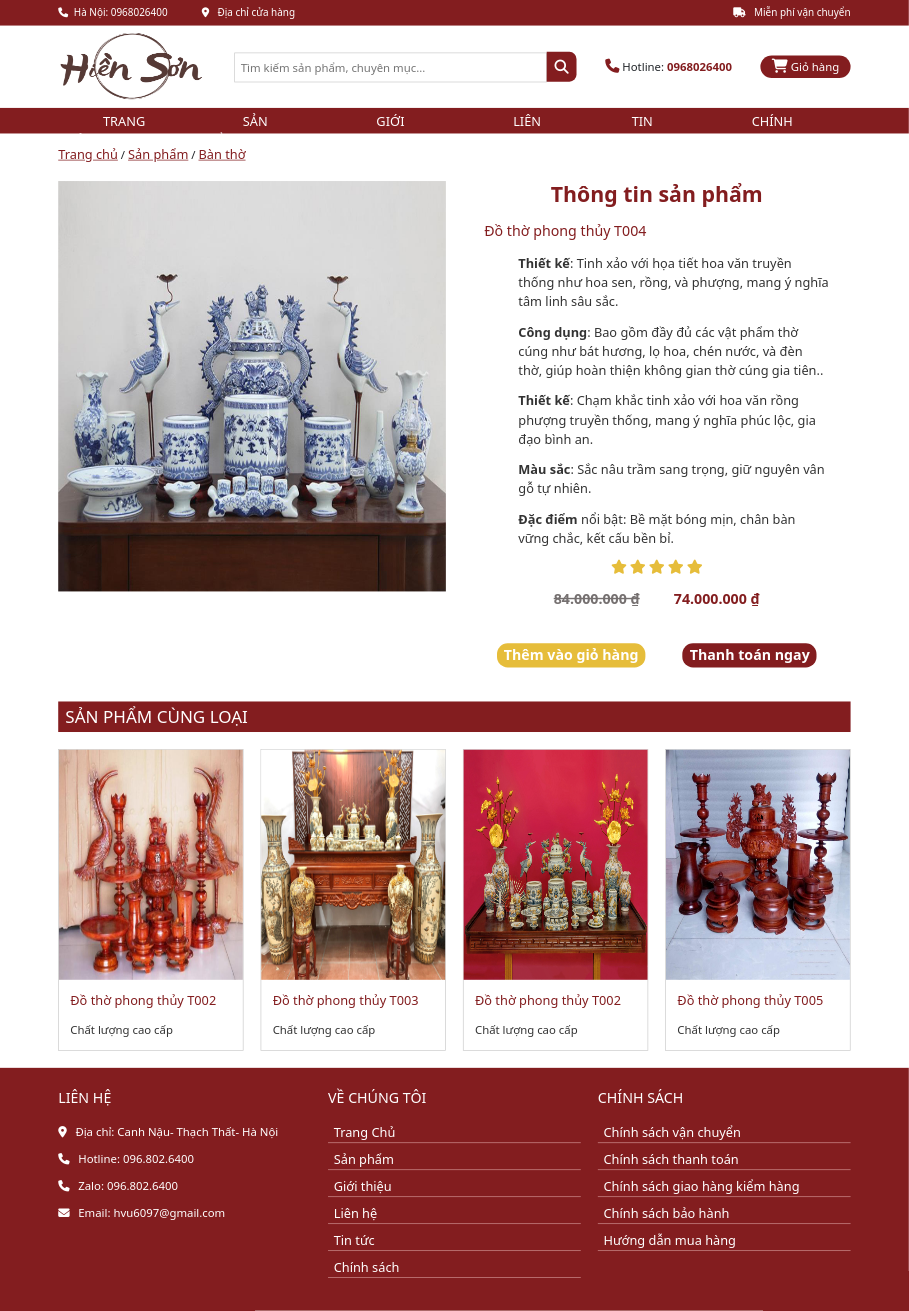
Repository: hoang28092000/do_go_hien_son
Page: product_details/do_tho-t004.html
An editor plug-in stored every save of this project. The page is shown before and after the next save, followed by the edit.
The browser window is 1280 px wide. The pictures show the whole page, at 71% of full size.
Some web libraries are served in a nearby version.

Above is the page before, as saved 2024-08-10 22:35:01.

### product_details/do_tho-t004.html
<!DOCTYPE html>
<html lang="en">
<head>
    <meta charset="UTF-8">
    <meta name="viewport" content="width=device-width, initial-scale=1.0">
    <link rel="stylesheet" href="../asset/style.css">
    <link rel="stylesheet" href="https://cdnjs.cloudflare.com/ajax/libs/font-awesome/6.6.0/css/all.min.css" integrity="sha512-Kc323vGBEqzTmouAECnVceyQqyqdsSiqLQISBL29aUW4U/M7pSPA/gEUZQqv1cwx4OnYxTxve5UMg5GT6L4JJg==" crossorigin="anonymous" referrerpolicy="no-referrer" />
    <link href="https://cdn.jsdelivr.net/npm/bootstrap@5.3.3/dist/css/bootstrap.min.css" rel="stylesheet" integrity="sha384-QWTKZyjpPEjISv5WaRU9OFeRpok6YctnYmDr5pNlyT2bRjXh0JMhjY6hW+ALEwIH" crossorigin="anonymous">
    <title>Đồ thờ phong thủy T004</title>
</head>
<body>
    <div id="header">
        <div class="top_header">
            <div class="container">
                <div class=" d-flex align-items-center justify-content-between pt-1">
                    <div class="d-flex">
                        <p class="mb-0 me-5"><a href="" class="txt-th">
                            <i class="fa-solid fa-phone icon-th pe-2"></i>Hà Nội: 0968026400
                        </a></p>
                        <p class="mb-0"><a href="" class="txt-th">
                            <i class="fa-solid fa-location-dot icon-th pe-2"></i>
                        Địa chỉ cửa hàng</a></p>
                    </div>
                    <p class="mb-0"><a href="" class="txt-th">
                        <i class="fa-solid fa-truck icon-th pe-2"></i>
                    Miễn phí vận chuyển</a></p>
                </div>
            </div>
        </div>
    </div>

        <div class="main_header py-2">
            <div class="container">
                <ul class="d-flex justify-content-between align-items-center ps-0 mb-0">
                    <li class="logo-hs">
                        <a href="../index.html"><img src="../asset/image/logo_1.png" class="logo-hd" alt=""></a>
                    </li>
                    <li class="search-hd">
                        <input type="text" class="input-search-hd" placeholder="Tìm kiếm sản phẩm, chuyên mục..."><i class="fa-solid fa-magnifying-glass icon-search_hd"></i>
                    </li>

                    <li class="contact-hd">
                        <i class="fa-solid fa-phone icon-hd "></i>
                        <span class="txt-hd">Hotline: <b style="color: #831d1f;">0968026400</b></span>
                    </li>

                    <li class="cart-hd">
                        <p class="mb-0 cart-list py-1 px-3">
                            <i class="fa-solid fa-cart-shopping icon-cart"></i><span class="txt-cart"> Giỏ hàng</span>
                        </p>
                    </li>
                </ul>
            </div>
        </div>

        <div class="bottom_header">
            <div class="container">
                <ul class="links d-flex justify-content-center align-items-center mb-0 ps-0">
                    <li class="link "><a href="../index.html" class="txt-link">TRANG CHỦ</a></li>
                    <li class="link"><a href="../website/product.html" class="txt-link">SẢN PHẨM</a></li>
                    <li class="link"><a href="../website/about-us.html" class="txt-link">GIỚI THIỆU</a></li>
                    <li class="link"><a href="../website/contact.html" class="txt-link">LIÊN HỆ</a></li>
                    <li class="link"><a href="../website/news.html" class="txt-link">TIN TỨC</a></li>
                    <li class="link"><a href="../website/policy.html" class="txt-link">CHÍNH SÁCH</a></li>
                 </ul>
            </div>
        </div>
    </div>
    <div class="main-product_details">
        <div class="container">
            <div class="links-product_details pt-3 pb-4">
                <a href="../index.html" class="link-pd">Trang chủ</a>
                <span class="slash"> /</span>
                <a href="../website/product.html" class="link-pd">Sản phẩm</a>
                <span class="slash"> /</span>
                <a href="../website/product.html" class="link-pd">Bàn thờ</a>
            </div>

            <div class="card-p_details">
                <div class="row">
                    <div class="col-lg-6">
                        <img src="../asset/image/do_tho2.jpg" alt="" class="img-p_details w-100">
                    </div>
                    <div class="col-lg-6">
                        <div class="info-p_details">
                            <h3 class="name-p_details">
                                Thông tin sản phẩm
                            </h3>

                            <div class="desc-info-pd">
                                <p class="heading-pd">
                                    Đồ thờ phong thủy T004
                                </p>
                                <p class="txt-pd ps-5">
                                    <b>Thiết kế</b>: Tinh xảo với họa tiết hoa văn truyền thống như hoa sen, rồng, và phượng, mang ý nghĩa tâm linh sâu sắc.
                                </p>
                                <p class="txt-pd ps-5">
                                    <b>Công dụng</b>: Bao gồm đầy đủ các vật phẩm thờ cúng như bát hương, lọ hoa, chén nước, và đèn thờ, giúp hoàn thiện không gian thờ cúng gia tiên..
                                </p>
                                <p class="txt-pd ps-5">
                                    <b>Thiết kế</b>: Chạm khắc tinh xảo với hoa văn rồng phượng truyền thống, mang ý nghĩa phúc lộc, gia đạo bình an.
                                </p>
                                <p class="txt-pd ps-5">
                                    <b>Màu sắc</b>: Sắc nâu trầm sang trọng, giữ nguyên vân gỗ tự nhiên.
                                </p>
                                <p class="txt-pd ps-5">
                                    <b>Đặc điểm</b> nổi bật: Bề mặt bóng mịn, chân bàn vững chắc, kết cấu bền bỉ.
                                </p>
                                <div class="evaluate ">
                                    <i class="fa-solid fa-star icon-star"></i>
                                    <i class="fa-solid fa-star icon-star"></i>
                                    <i class="fa-solid fa-star icon-star"></i>
                                    <i class="fa-solid fa-star icon-star"></i>
                                    <i class="fa-solid fa-star icon-star"></i>

                                </div>
                                <div class="prices-pd d-flex justify-content-center my-3">
                                    <p class="price-pd mb-0">84.000.000 ₫</p>
                                    <p class="price_sold_out mb-0 ps-5">74.000.000 ₫</p>
                                </div>
                                <div class="pay text-center mt-5" >
                                    <button class="add_cart me-5">Thêm vào giỏ hàng</button>
                                    <button class="buy">Thanh toán ngay</button>
                                </div>
                        </div>
                    </div>
                </div>
            </div>
            <h3 class="title-pd mt-5">
                SẢN PHẨM CÙNG LOẠI
            </h3>
            <div class="pd-relate my-4">
                <div class="row">
                    <div class="col-lg-3">
                        <a href="./do_tho-t001.html" class="a-link_pd">
                            <div class="card-pd">
                                <img src="../asset/image/do_tho01.jpg" alt="this is picture" class="w-100 img-relate">
                                <p class="name-product_r mt-3 px-3">Đồ thờ phong thủy T002</p>
                                <p class="info-pd_r px-3">Chất lượng cao cấp</p>
                            </div>
                        </a>
                    </div>
                    <div class="col-lg-3">
                        <a href="./do_tho-t003.html" class="a-link_pd">
                            <div class="card-pd">
                                <img src="../asset/image/do_tho3.jpg" alt="this is picture" class="w-100 img-relate">
                                <p class="name-product_r mt-3 px-3">Đồ thờ phong thủy T003</p>
                                <p class="info-pd_r px-3">Chất lượng cao cấp</p>
                            </div>
                        </a>
                    </div>
                    <div class="col-lg-3">
                        <a href="./do_tho-t002.html" class="a-link_pd">
                            <div class="card-pd">
                                <img src="../asset/image/do_tho4.jpg" alt="this is picture" class="w-100 img-relate">
                                <p class="name-product_r mt-3 px-3">Đồ thờ phong thủy T002</p>
                                <p class="info-pd_r px-3">Chất lượng cao cấp</p>
                            </div>
                        </a>
                    </div>
                    <div class="col-lg-3">
                        <a href="./do_tho-t005.html" class="a-link_pd">
                            <div class="card-pd">
                                <img src="../asset/image/do_tho5.jpg" alt="this is picture" class="w-100 img-relate">
                                <p class="name-product_r mt-3 px-3">Đồ thờ phong thủy T005</p>
                                <p class="info-pd_r px-3">Chất lượng cao cấp</p>
                            </div>
                        </a>
                    </div>
                </div>
            </div>
        </div>
    </div>


    <div id="footer" class="mt-3">
        <div class="container">
            <div class="row">
                <div class="col-lg-4">
                    <h4 class="title-ft">LIÊN HỆ</h4>
                    <ul class="list-info">
                        <li>
                            <i class="fa-solid fa-location-dot icon-ft pe-2"></i>
                            <span class="txt-ft">Địa chỉ: Canh Nậu- Thạch Thất- Hà Nội</span>
                        </li>
                        <li>
                            <i class="fa-solid fa-phone icon-ft pe-2"></i>
                            <span class="txt-ft">Hotline: 096.802.6400</span>
                        </li>
                        <li>
                            <i class="fa-solid fa-phone icon-ft pe-2"></i>
                            <span class="txt-ft">Zalo: 096.802.6400    </span>
                        </li>
                        <li>
                            <i class="fa-solid fa-envelope icon-ft pe-2"></i>
                           <span class="txt-ft">Email: hvu6097@gmail.com</span>
                        </li>
                    </ul>
                </div>
                <div class="col-lg-4">
                    <h4 class="title-ft">
                        VỀ CHÚNG TÔI
                    </h4>
                    <ul class="list-links ps-0">
                        <li class="item-link"><a href="../index.html" class="link-ft">Trang Chủ </a></li>
                        <li class="item-link"><a href="../website/product.html" class="link-ft">Sản phẩm</a></li>
                        <li class="item-link"><a href="../website/about-us.html" class="link-ft">Giới thiệu</a></li>
                        <li class="item-link"><a href="../website/contact.html" class="link-ft">Liên hệ</a></li>
                        <li class="item-link"><a href="../website/news.html" class="link-ft">Tin tức</a></li>
                        <li class="item-link"><a href="../website/policy.html" class="link-ft">Chính sách</a></li>
                    </ul>
                </div>
                <div class="col-lg-4">
                    <h4 class="title-ft">
                       CHÍNH SÁCH
                    </h4>
                    <ul class="list-links ps-0">
                        <li class="item-link"><a href="../website/policy.html" class="link-ft">Chính sách vận chuyển </a></li>
                        <li class="item-link"><a href="../website/policy.html" class="link-ft">Chính sách thanh toán</a></li>
                        <li class="item-link"><a href="../website/policy.html" class="link-ft">Chính sách giao hàng kiểm hàng</a></li>
                        <li class="item-link"><a href="../website/policy.html" class="link-ft">Chính sách bảo hành</a></li>
                        <li class="item-link"><a href="../website/policy.html" class="link-ft">Hướng dẫn mua hàng</a></li>
                    </ul>
                </div>

            </div>
        </div>
    </div>
</body>
</html>

### asset/style.css
*{
    padding: 0px;
    margin: 0px ;
    box-sizing: border-box;
    list-style: none;
}

.top_header{
    height: 36px;
    background-color: #831d1f;
}

.top_header .txt-th{
    color: #fff;
    font-size: 14px;
    text-decoration: none;
    font-weight: 500;
}

.top_header .icon-th{
    color: #fff;
}
.top_header .txt-th:hover,
.top_header .icon-th:hover{
    opacity: 0.7;
}

.main_header .logo-hd{
    height: 100px;
    width: 208px;
}
.main_header .input-search-hd{
    font-size: 16px;
    color: #333;
    padding-left: 8px;
    width: 440px;
    height: 42px;
    border: 1px solid #ccc;
    outline: none;
}
.main_header .icon-search_hd{
    font-size: 20px;
    background-color: #831d1f;
    padding: 11px;
    color: #fff;
    border-radius: 0 10px 10px 0;
}
.main_header .icon-search_hd:hover{
    opacity: 0.7;
    cursor: pointer;
}
.main_header .contact-hd .icon-hd{
    font-size: 20px;
    color: #831d1f;
}
.cart-hd .cart-list{
    background-color: #831d1f;
    border-radius: 16px;
}
.cart-hd .txt-cart{
    font-size: 16px;
    font-weight: 500;
    color: #fff;
}
.cart-hd .icon-cart{
    font-size: 20px;
    color: #fff;
}
.cart-hd .cart-list:hover{
    opacity: 0.7;
    cursor: pointer;
}

.bottom_header{
    height: 36px;
    background-color: #831d1f;
}
.bottom_header .links{
    list-style: none;
    padding-top: 6px;
}

.links .txt-link{
    text-decoration: none;
    font-size: 18px;
    font-weight: 500;
    color: #fff;
    padding: 7px 63px 5px;
}
/* .links .txt-link:first-child{
    padding-left:0 ;

}
.links .txt-link:last-child{
    padding-right:0 ;
} */
.links .txt-link:hover{
    cursor: pointer;
    background-color: #bd7071;
}


/* Main*/
#main{
    padding: 20px 0;
}

.left-main .product_portfolio .txt_portfolio{
    font-size: 18px;
    font-weight: 600;
    padding: 4px 10px 4px 0;
    text-align: center;
    background-color: #831d1f;
    color: #fff;
}

.left-main .list_portfolio .items-product{
    border-bottom: 1px solid #ccc;
    padding: 10px 0 4px;
}

.left-main .list_portfolio .items-product:hover{
    background-color: #bd7071;
    color: #fff;
    cursor: pointer;
}
.left-main .list_portfolio .items-product:hover .txt-porduct {
    color: #fff;
}

.left-main .list_portfolio .txt-porduct{
    font-size: 18px;
    color: #333;
    text-decoration: none;
    padding-left: 4px;
    font-weight: 500;
}

/* right-main */

.right-main .first_news .txt-title{
    font-size: 32px;
    font-weight: 600;
    color: #fff;
    background-color: #831d1f;
    padding-left: 10px;

}
.right-main .first_news .hr-title{
    height: 3px;
    background-color: rgb(83, 19, 19);
}
.right-main .first_news .img-rm{
    height: 700px;
}

.right-main .first_news .title-news{
    font-size: 24px;
    font-weight: 500;
    color: #333;

}
.right-main .first_news .txt-bnews{
    font-size: 22px;
    font-weight: 500;
    color: #333;
}
.right-main .first_news .txt-news{
    font-size: 18px;
    color: 16px;
    padding-left: 40px;
    font-weight: 400;
}

.right-main .first_news  .btxt-news{
    font-size: 20px;
    font-weight: 400;
    color: #333;
    padding-left: 20px;
}


/* Main product */
#main .product .img-product{
    height: 412px;
}
#main .product{
    box-shadow: 0px 0px 5px 4px #ccc;
    padding-bottom: 20px;
}
.link-product{
    text-decoration: none;

}
.product .name-product{
    font-size: 18px;
    color: #333;
    font-weight: 500;
    text-align: center;

}
.product .sold-out{
    font-size: 16px;
    color: #757070;
    text-align: center;
}
.product .price-pr{
    font-size: 18px;
    font-weight: 500;
    color: #757070;
    text-decoration: line-through;
}
.product .price-promotion{
    font-size: 18px;
    font-weight: 500;
    color: #fff;
    background-color: #831d1f;
    border-radius: 20px;
    text-align: center;
    padding: 4px 10px;
}
.product .icon_cart-product{
    font-size: 20px;
    color: #831d1f;
    margin-left: 10px;
}

#main .relate_news .title_relate{
    font-size: 24px;
    color: #fff;
    background-color: #831d1f;
    padding: 8px 0 8px 8px;
}
.relate_news .link-relate{
    text-decoration: none;
}
.relate_news .card-relate{
    padding-bottom: 20px;
    box-shadow: 0px 0px 5px 4px #ccc;
}
.card-relate .img-relate{
    height: 229px;
}
.card-relate .info_relate{
    padding: 20px 20px 0 20px;
}
.card-relate .info_relate .h-relate{
    font: size 18px;
    color: #333;
    font-weight: 500;
}
.card-relate .info_relate .desc-relate{
    font-size: 16px;
    font-weight: 400;
    color: #333;
}




/* main about-us */
.main_about-us .title-as{
    font-size: 30px;
    font-weight: 600;
    color: #831d1f;
    text-align: center;
}
.main_about-us .hr-as{
    width: 200px;
    height: 4px;
    background-color: #831d1f;
    margin: 0 auto;
}
.main_about-us .heading-txt{
    font-size: 20px;
    font-weight: 500;
    color: #333;
}

.main_about-us .desc-as{
    font-size: 18px;
    color: #333;
    line-height: 1.8;
}


/* main contact */

.main-contact .title-contact{
    font-size: 30px;
    font-weight: 600;
    color: #831d1f;
    text-align: center;
}

.main-contact .my-info{
    box-shadow: 0px 0px 5px 4px #ccc;
    padding:  20px ;
    height: 437px;
}
.main-contact .my-info .logo-info{
    width: 100px;
    height: 100px;
    border: 2px double #831d1f;

}
.main-contact .my-info .icon-contact{
    font-size: 20px;
    color: #831d1f;
}

.main-contact .my-info .your-info{
    font-size: 22px;
    font-weight: 500;
    color: #831d1f;
    text-align: center;
}
.main-contact .my-info .txt-yi{
    font-size: 18px;
    color: #333;
    font-weight: 500;
}

.main-contact .my-info .input-yi{
    width: 100%;
    outline: none;
    border: 1px solid #ccc;
    padding : 4px 0 4px 6px;
}
.main-contact .text-contact{
    font-size: 18px;
    color: #831d1f;
    font-weight: 500;
    text-align: center;
}
.main-contact .btn-submit{
    border-radius: 10px;
    background-color: #831d1f;
    color: #fff;
    padding: 6px 30px;
    font-size: 18px;
}


/* main-news*/
.main-news .title-news{
    font-size: 24px;
    font-weight: 500;
    color: #831d1f;
    border-bottom: 5px solid #831d1f;
}
.main-news .img-news{
    height: 205px;
}

.main-news .link-news{
    text-decoration: none;
}

.main-news .card-news{
    height: 373px;
    border: 1px solid #ccc;
}

.main-news .link-news .info-news{
    padding: 0 8px;
}

.main-news .link-news .heading-news{
    font-size: 18px;
    font-weight: 500;
    color: #333;
    padding-top: 16px;
    margin-bottom: 0;
}
.main-news .link-news .desc-news{
    font-size: 16px;
    font-weight: 400;
    color: #333;
    margin-top: 4px;
    margin-bottom: 0;
}
.main-news .link-news .time-up{
    font-size: 12px;
    color: #757070;
    font-style: italic;
    padding: 10px 0 20px;
    float: right ;
}

/*main policy  */
.main-policy .title-policy{
    font: 30px;
    color: #831d1f;
    font-weight: 700;
    text-align: center;
    padding-top: 40px;
}
.main-policy .hr-policy{
    width: 200px;
    height: 4px;
    background-color: #831d1f;
    margin: 0 auto;
}
.main-policy .info-policy{
    margin-bottom: 32px;
}

.main-policy .heading-policy{
    font-size: 20px;
    color: #333;
    font-weight: 500;
}

.main-policy .txt-policy{
    padding-left: 20px;
}


/* main thiết kế phòng thờ hợp phong thủy */
.main-design_news .title-ds_news{
    font-size: 30px;
    font-weight: 700;
    color: #831d1f;
    margin-top: 30px;
    text-align: center;
}
.main-design_news .desc-news{
    font-size: 20px;
    color: #333;
    font-weight: 400;
    line-height: 1.7;
}
.main-design_news .img-news{
    height: 400px;
    width: 45%;
    padding: 10px 20px;
}
.main-design_news .desc-img{
    font-size: 16px;
    color: #423e3e;
    font-style: italic;
    text-align: center;
    padding-top: 20px;
}
.main-design_news .title_desc-news{
    font-size: 24px;
    font-weight: 600;
}


/* main- san pham chi tiet */

.main-product_details .links-product_details .link-pd{
    color: #831d1f;
    font-size: 18px;
    font-weight: 400;

}
.main-product_details .img-p_details{
    height: 578px;
}
.main-product_details .info-p_details{
    padding: 0 30px;

}
.main-product_details .info-p_details .name-p_details{
    font-size: 30px;
    color: #831d1f;
    font-weight: 600;
    text-align: center;
}
.info-p_details .desc-info-pd .heading-pd{
    font-size: 20px;
    color: #831d1f;
    font-weight: 500;
    margin-top: 20px;
}
.desc-info-pd .txt-pd{
    font-size: 18px;
    color: #333;
    font-weight: 400;
}
.desc-info-pd .evaluate{
    text-align: center;
}
.desc-info-pd .icon-star{
    font-size: 20px;
    color: #e6bd3a;
    margin: 0 auto;
}
.desc-info-pd .price-pd{
    font-size: 20px;
    color: #757070;
    font-weight: 600;
    text-decoration: line-through;
}
.desc-info-pd .price_sold_out{
    font-size: 20px;
    color: #831d1f;
    font-weight: 600;
    border-radius: 15px;
}
.desc-info-pd .pay .add_cart{
    font-size: 20px;
    color: #fff;
    font-weight: 600;
    background-color: #e6bd3a;
    border: none;
    border-radius: 15px;
    padding: 2px 10px;
}
.desc-info-pd .pay .buy{
    font-size: 20px;
    color: #fff;
    font-weight: 600;
    background-color: #831d1f;
    border: none;
    border-radius: 15px;
    padding: 2px 10px;
}
 .main-product_details .title-pd{
    font-size: 24px;
    color: #fff;
    background: #831d1f;
    padding: 7px 0 7px 10px;

 }
 .main-product_details  .hr-pd{
    background-color: #831d1f;
    height: 4px;
 }
.main-product_details .a-link_pd{
    text-decoration: none;
}
 .main-product_details .card-pd{
    border: 1px solid #ccc;

 }
 .main-product_details .card-pd .img-relate{
    height: 324px
 }
 .main-product_details .a-link_pd .card-pd .name-product_r{
    font-size: 18px;
    color: #831d1f;
    font-weight: 500;
 }
 .main-product_details .a-link_pd .card-pd .info-pd_r{
    font-size: 16px;
    color: #333;
    font-weight: 400;
 }





/* footer */
#footer{
    background-color: #831d1f;
    padding: 30px 0;
}
#footer .title-ft{
    font-size: 20px;
    font-weight: 500;
    color: #fff;
    margin-bottom: 24px;
}
#footer .list-info{
    padding-left: 0;
}
#footer .txt-ft ,
.icon-ft{
    color: #fff;
    font-size: 16px;
    font-weight: 400;
    padding-bottom: 18px;
}
#footer .list-links .link-ft{
    font-size: 18px;
    color: #fff;
    font-weight: 400;
    text-decoration: none;
    padding-left: 8px;
}
#footer .list-links .item-link{
    border-bottom: 1px solid #cc8b8b;
    margin-bottom: 10px;
}
#footer .list-links .item-link:hover{
    background-color: #bd7071;
    cursor: pointer;

}

After the next save:
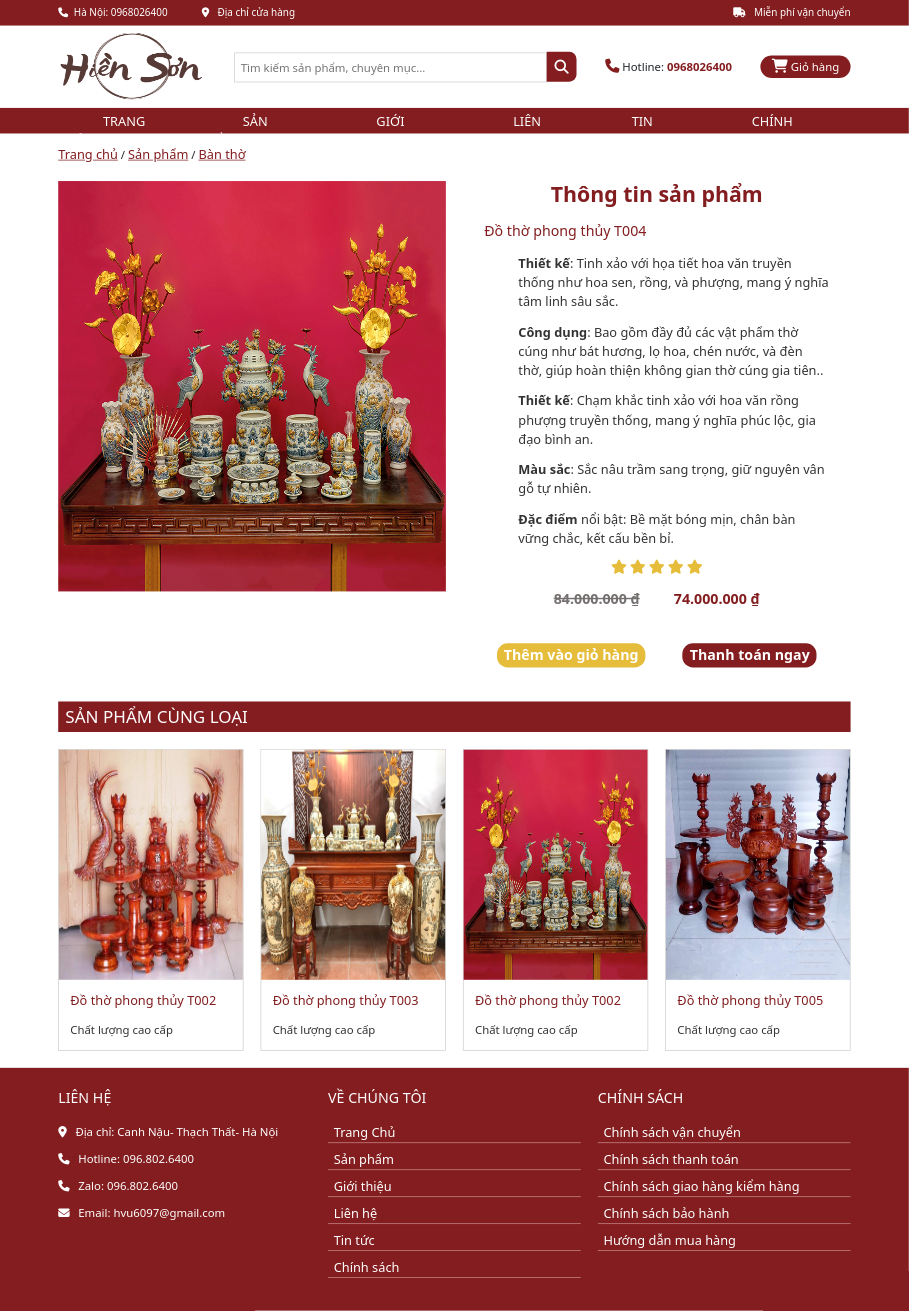
Saved 22 s later.
--- a/product_details/do_tho-t004.html
+++ b/product_details/do_tho-t004.html
@@ -79,7 +79,7 @@
             <div class="card-p_details">
                 <div class="row">
                     <div class="col-lg-6">
-                        <img src="../asset/image/do_tho2.jpg" alt="" class="img-p_details w-100">
+                        <img src="../asset/image/do_tho4.jpg" alt="" class="img-p_details w-100">
                     </div>
                     <div class="col-lg-6">
                         <div class="info-p_details">
